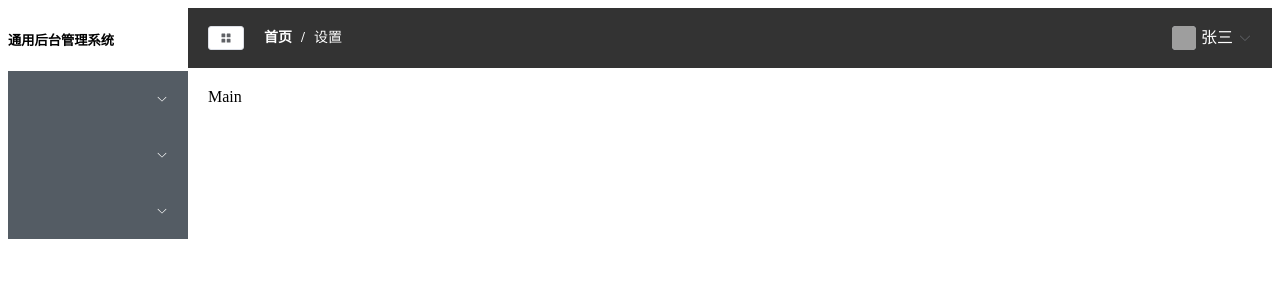
Repository: dishuibaby/vue-app
Page: /
An editor plug-in stored every save of this project. The page is shown before and after the next save, followed by the edit.
The browser window is 1280 px wide. The pictures show the whole page.
Pictures or frames that could not be fetched are drawn as grey boxes. The project was rebuilt for these pictures with package versions that can differ from the ones it lists, and the page was loaded fresh each time. Also part of the build but not shown: vite.config.js.

Above is the page before, as saved 2024-08-11 21:00:20.

After the next save:
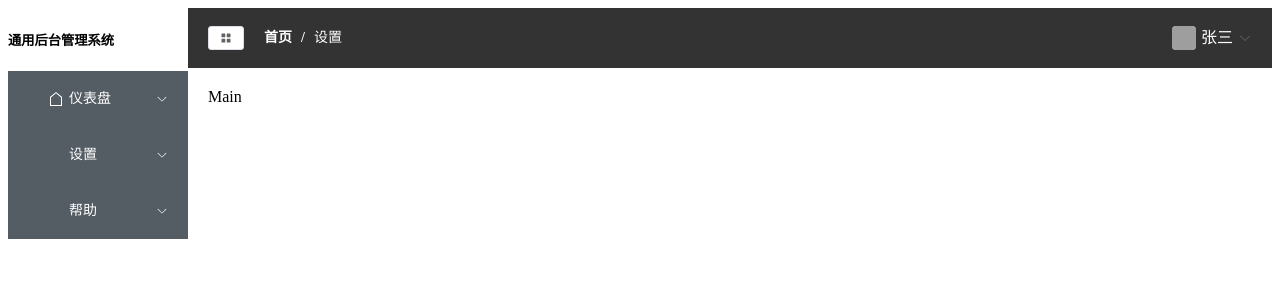
Saved 18 s later.
--- a/src/components/CommonAside.vue
+++ b/src/components/CommonAside.vue
@@ -15,6 +15,12 @@
         :index="item.path"
         :key="index"
       >
+        <template #title>
+          <el-menu-item :index="item.path">
+            <component class="icons" :is="item.icon" />
+            <span>{{ item.label }}</span>
+          </el-menu-item>
+        </template>
         <!-- 判断是否存在 children 元素 -->
         <template v-if="item.children">
           <el-menu-item-group>
